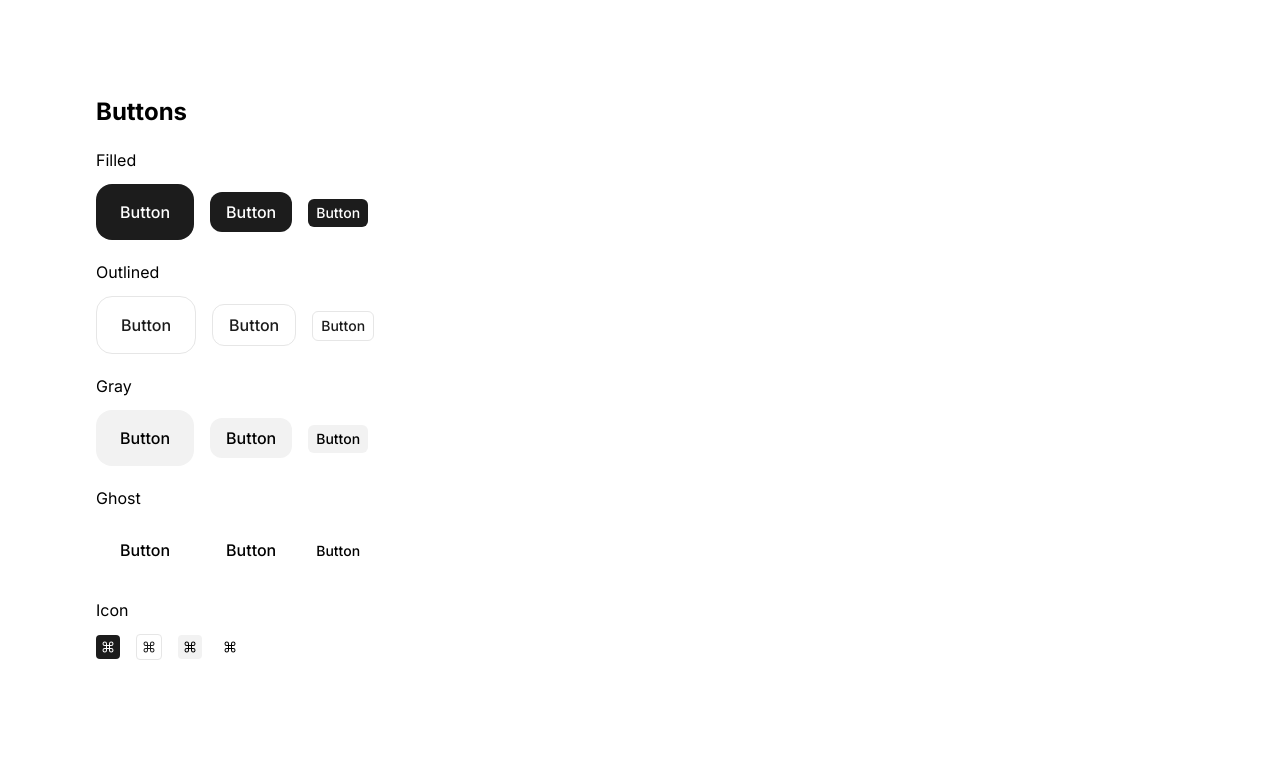
Repository: ggonzaga29/polarized-dashboard
Page: /
An editor plug-in stored every save of this project. The page is shown before and after the next save, followed by the edit.
The browser window is 1280 px wide. The pictures show the whole page.
The project was rebuilt for these pictures with package versions that can differ from the ones it lists, and the page was loaded fresh each time. The framework's server and built-in components were replaced by stand-ins that run in the browser. Also part of the build but not shown: next.config.js.

Above is the page before, as saved 2023-08-04 00:45:31.

After the next save:
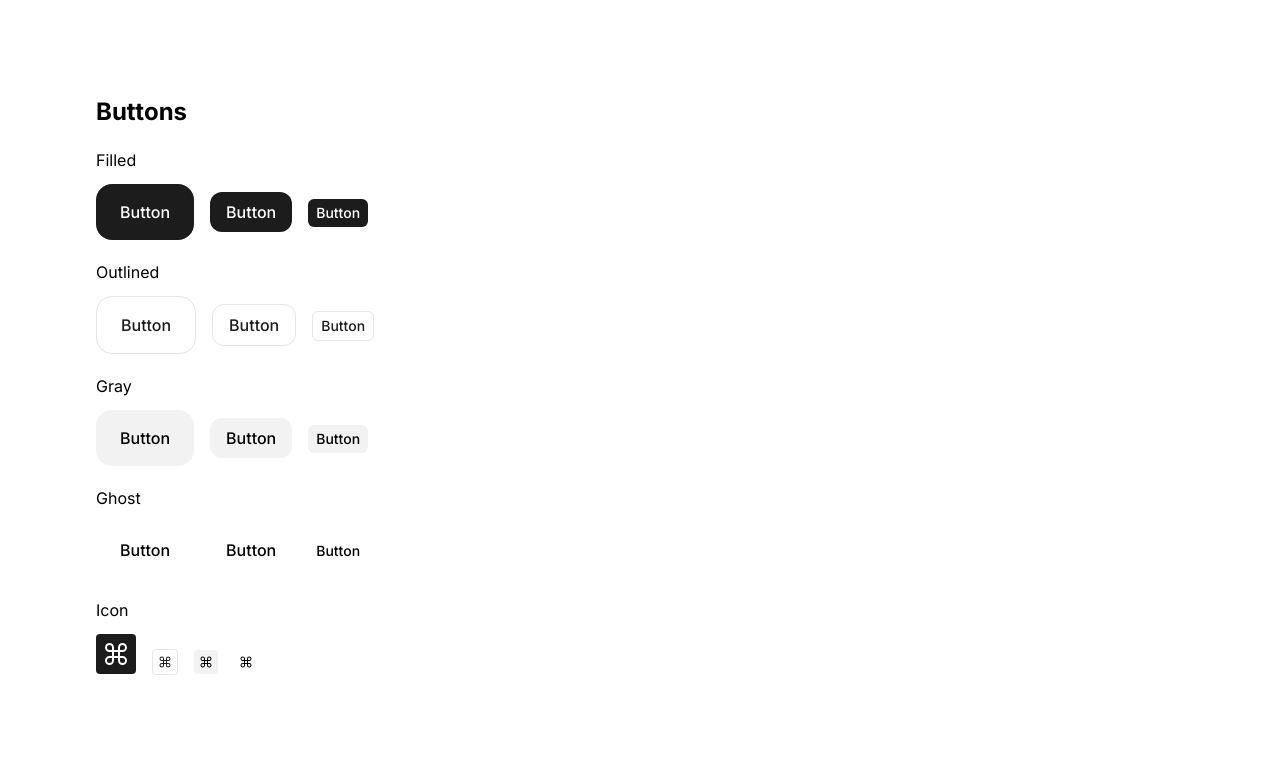
Saved 23 s later.
--- a/src/app/page.jsx
+++ b/src/app/page.jsx
@@ -68,7 +68,7 @@ export default function Home() {
         <h2>Icon</h2>
         <div className="space-x-4 mt-3">
           <Button variant="filled" size="icon">
-            <Command className="h-4 w-4" />
+            <Command className="w-8 h-8" />
           </Button>
           <Button variant="outlined" size="icon">
             <Command />
